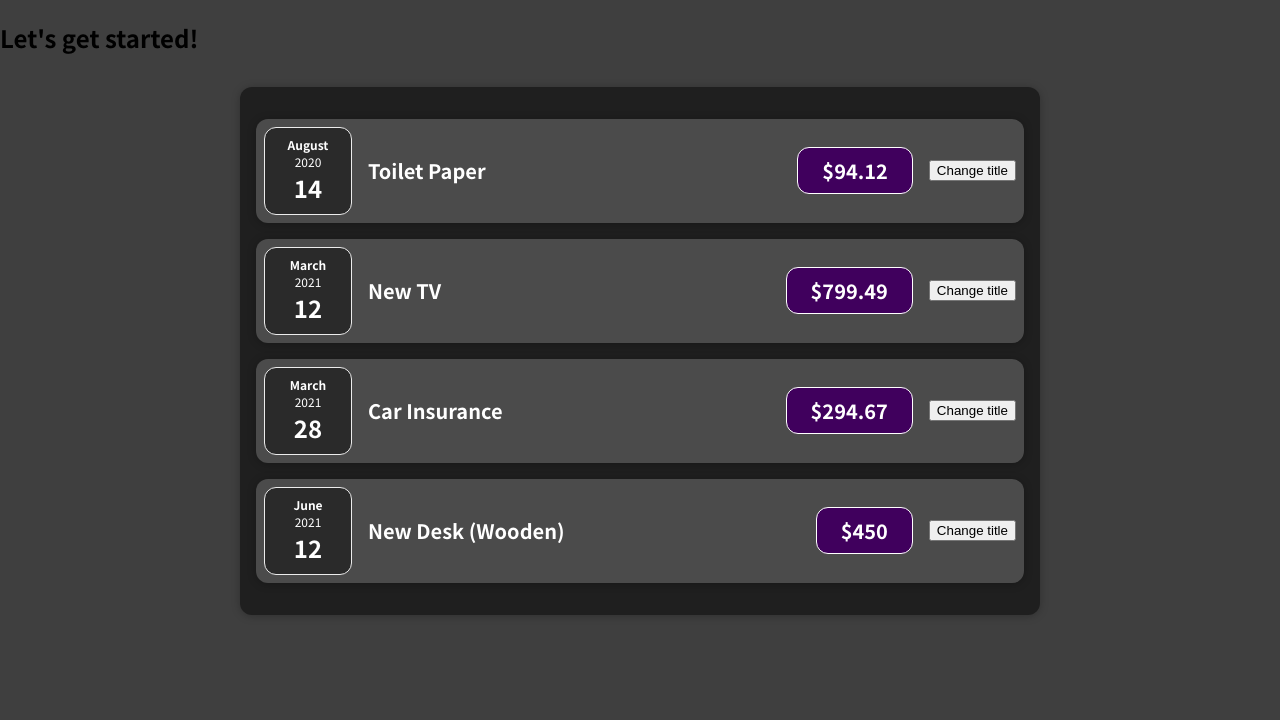
Repository: Dark-Developer93/react-complete-guide
Page: /
The author's editor kept a copy of each file at every save. The page is drawn from the files as they stood at one save, then again after the next save.
The browser window is 1280 px wide. The pictures show the whole page.
The project was rebuilt for these pictures with package versions that can differ from the ones it lists, and the page was loaded fresh each time. Also part of the build but not shown: src/components/NewExpense/NewExpense.css.

Above is the page before, as saved 2022-11-04 22:19:42.

After the next save:
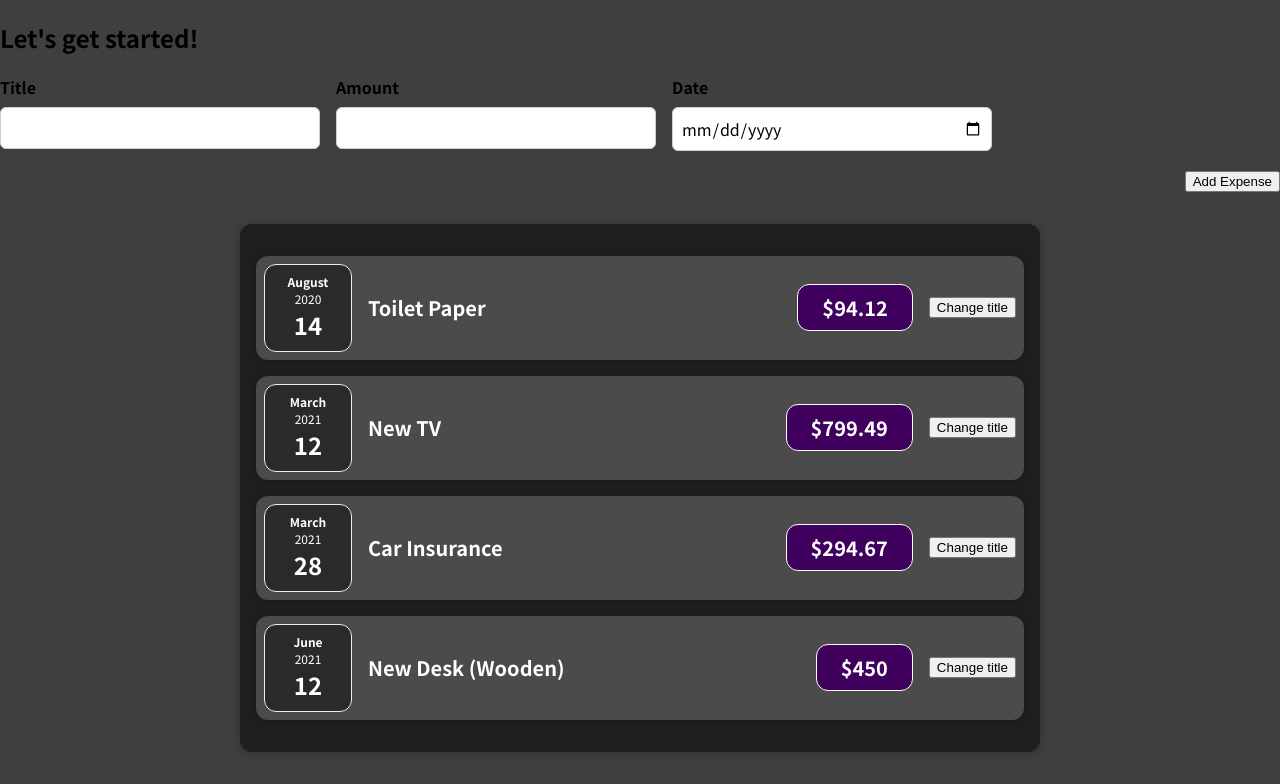
Saved 94 s later.
--- a/src/App.js
+++ b/src/App.js
@@ -1,4 +1,5 @@
 import Expenses from "./components/Expenses/Expenses";
+import NewExpense from "./components/NewExpense/NewExpense";
 
 const App = () => {
   const expenses = [
@@ -34,6 +35,7 @@ const App = () => {
   return (
     <div>
       <h2>Let's get started!</h2>
+      <NewExpense />
       <Expenses item={expenses} />
     </div>
   );
